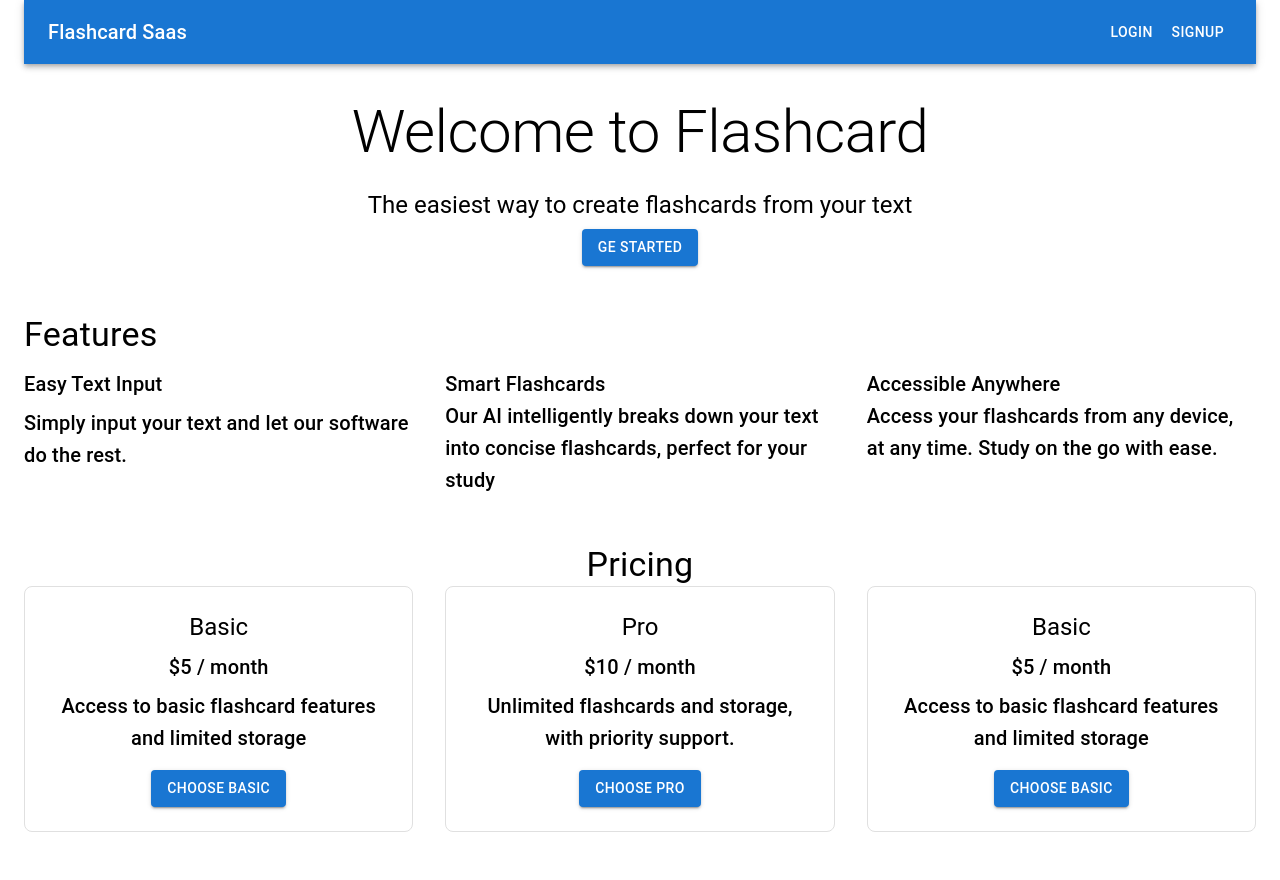
Repository: rakeshpuppala2590/AI-Flashcards-Stripe
Page: /
These files come from the project's save history. The page is drawn as it stood at one moment and after the next save; the edit follows.
The browser window is 1280 px wide. The pictures show the whole page.
The page's requests for data from a server got no answer. The project was rebuilt for these pictures with package versions that can differ from the ones it lists, and the page was loaded fresh each time. Some packages were replaced by stand-ins written for this rebuild. The framework's server and built-in components were replaced by stand-ins that run in the browser. No one was signed in, and anything a server would have sent is missing. Also part of the build but not shown: next.config.mjs.

Above is the page before, as saved 2024-08-12 15:26:10.

After the next save:
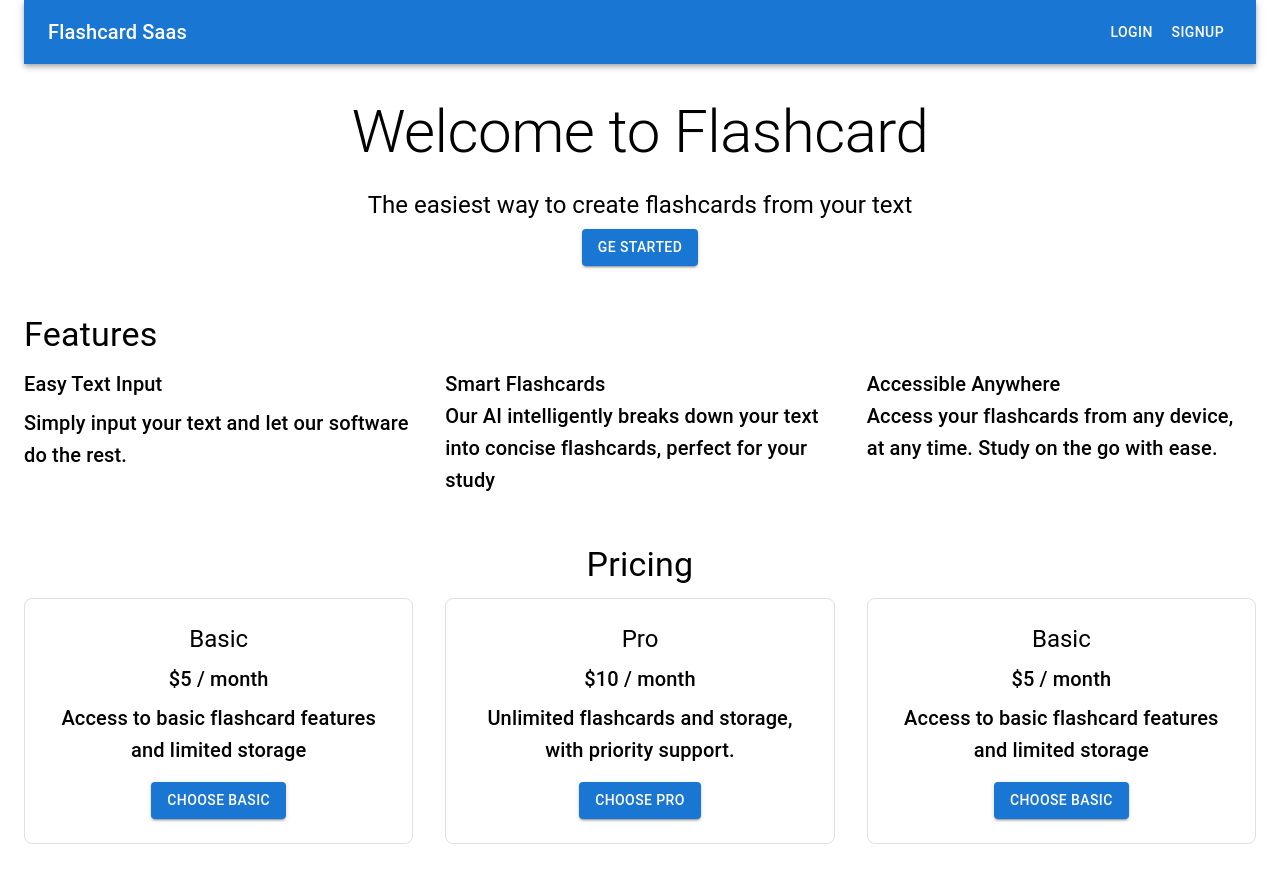
Saved 35 s later.
--- a/src/app/page.js
+++ b/src/app/page.js
@@ -90,7 +90,9 @@ export default function Home() {
         </Grid>
       </Box>
       <Box sx={{ my: 6, textAlign: "center" }}>
-        <Typography variant="h4">Pricing</Typography>
+        <Typography variant="h4" gutterBottom>
+          Pricing
+        </Typography>
         <Grid container spacing={4}>
           <Grid item xs={12} md={4}>
             <Box
